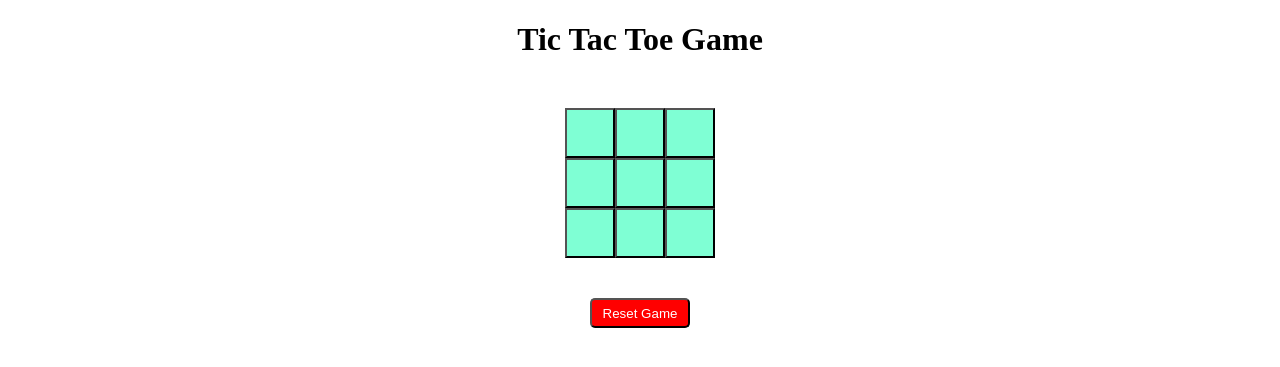
Repository: Wahid137/tic-tac-toe-game
Page: /
The author's editor kept a copy of each file at every save. The page is drawn from the files as they stood at one save, then again after the next save.
The browser window is 1280 px wide. The pictures show the whole page.
The project was rebuilt for these pictures with package versions that can differ from the ones it lists, and the page was loaded fresh each time. Also part of the build but not shown: vite.config.js, src/index.css.

Above is the page before, as saved 2023-09-18 01:48:57.

After the next save:
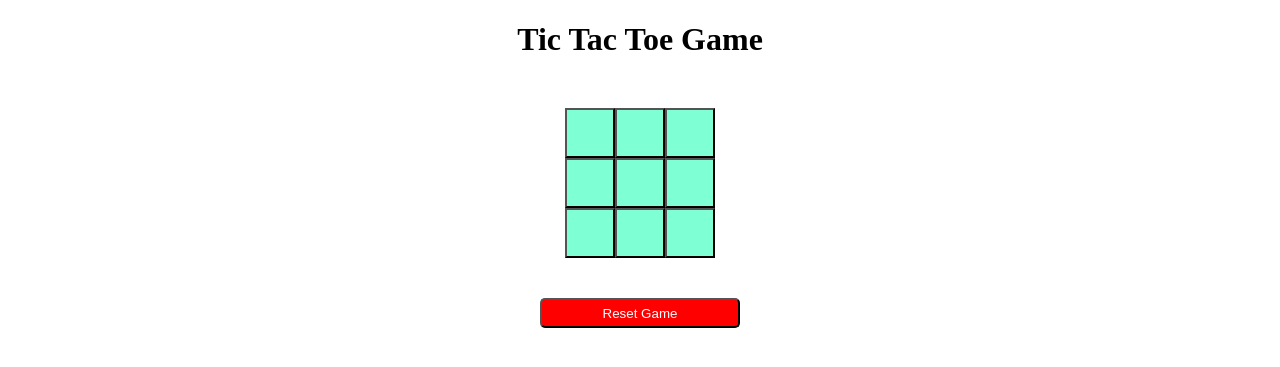
Saved 10 s later.
--- a/src/App.css
+++ b/src/App.css
@@ -21,7 +21,7 @@ h1{
 }
 
 .reset-button{
-  width: 100px;
+  width: 200px;
   height: 30px;
   border-radius: 5px;
   background-color: red;
